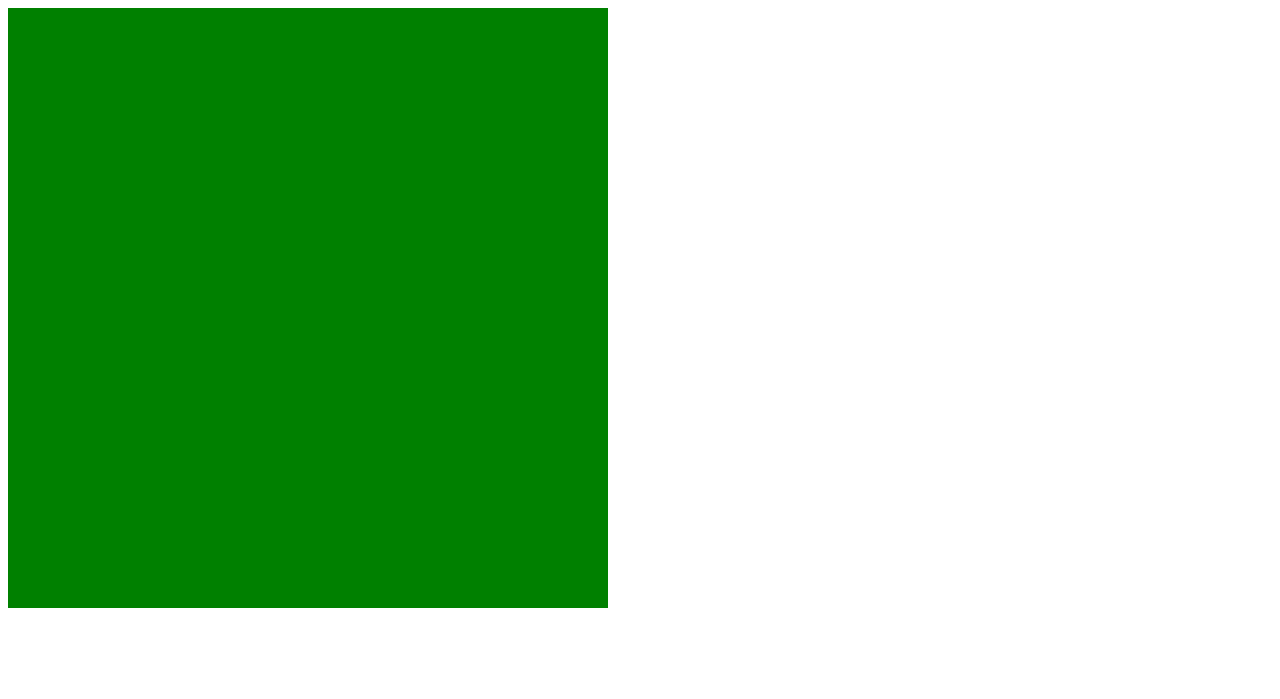
Repository: Hcmwebs/jsInbuiltMethod
Page: tic-tac-toe/index.html
These files come from the project's save history. The page is drawn as it stood at one moment and after the next save; the edit follows.
The browser window is 1280 px wide. The pictures show the whole page.

Above is the page before, as saved 2020-11-20 15:49:00.

### tic-tac-toe/index.html
<!DOCTYPE html>
<html lang="en">
  <head>
    <meta charset="UTF-8" />
    <meta name="viewport" content="width=device-width, initial-scale=1.0" />
    <title>Tic Tac Toe</title>
    <link rel="stylesheet" href="style.css" />
  </head>
  <body>
    <div class="grid">
      <div></div>
      <div></div>
      <div></div>
      <div></div>
      <div></div>
      <div></div>
      <div></div>
      <div></div>
      <div></div>
    </div>
  </body>
</html>

### tic-tac-toe/style.css
.grid{
  width: 600px;
  height: 600px;
  display: flex;
  flex-wrap: wrap;
}



div{
  width: 200px;
  height: 200px;
  background-color: green;
}

After the next save:
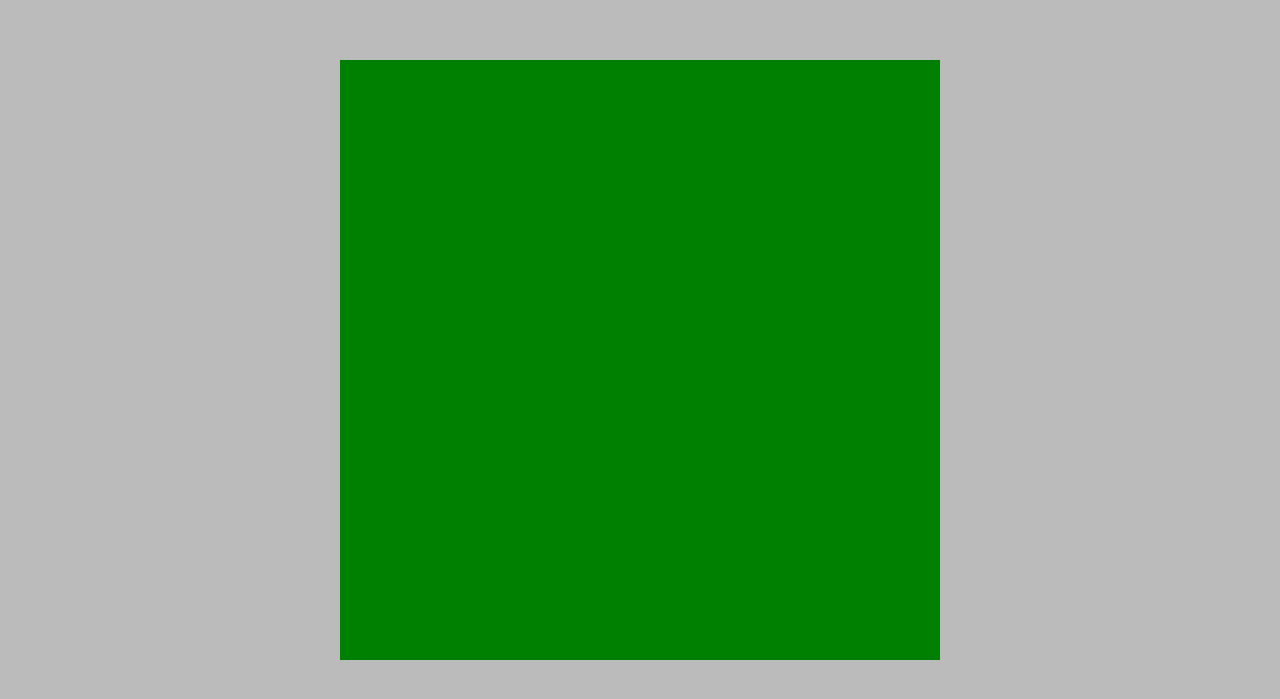
Saved 113 s later.
--- a/tic-tac-toe/style.css
+++ b/tic-tac-toe/style.css
@@ -1,3 +1,16 @@
+
+body{
+  width: 100%;
+  height: 100vh;
+  margin: 0;
+  padding: 0;
+  box-sizing: border-box;
+  display: grid;
+  place-items: center;
+  background-color: #bbb;
+}
+
+
 .grid{
   width: 600px;
   height: 600px;
